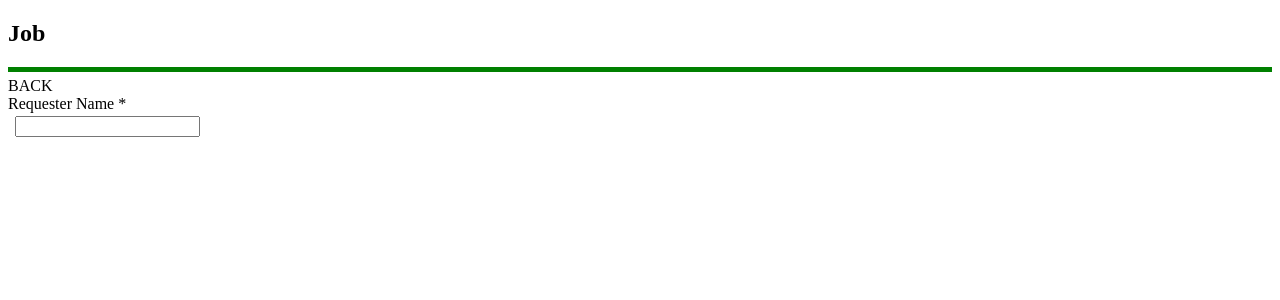
Repository: anvarhaseeb/jobPortalSystem
Page: http://localhost/public_html/JobPost.jsp
These files come from the project's save history. The page is drawn as it stood at one moment and after the next save; the edit follows.
The browser window is 1280 px wide. The pictures show the whole page.
The page is served by Tomcat 9. Other server files are loaded and not shown.

Above is the page before, as saved 2024-01-10 06:42:45.
Console error: ReferenceError: $ is not defined

### JOB/public_html/WEB-INF/classes/struts.xml
<?xml version="1.0" encoding="UTF-8"?>
<!DOCTYPE struts PUBLIC
   "-//Apache Software Foundation//DTD Struts Configuration 2.5//EN"
   "https://struts.apache.org/dtds/struts-2.5.dtd">

<struts>
	<constant value="true" name="struts.devMode" />
	   <constant name="struts.custom.i18n.resources" value="Bundle" />
	<package name="home" extends="struts-default">



		<action name="home" class="com.job.action.JobAction"
			method="home">
			<result name="success">Job.jsp</result>
			<result name="error">error.jsp</result>
		</action>
		<action name="signOut" class="com.job.action.JobAction"
			method="signOut">
			<result name="success">SignOut.jsp</result>
			<result name="error">error.jsp</result>
		</action>

		<action name="searchPage" class="com.job.action.JobAction"
			method="searchPage">
			<result name="success">Search.jsp</result>
			<result name="error">error.jsp</result>
		</action>

		<action name="addPage" class="com.job.action.JobAction"
			method="addPage">
			<result name="success">JobPost.jsp</result>
			<result name="error">error.jsp</result>

		</action>

		<action name="toEditPage" class="com.job.action.JobAction"
			method="editPage">
			<result name="success">JobPost.jsp</result>
			<result name="error">error.jsp</result>
		</action>

		<action name="actionNames" class="com.job.action.JobAction"
			method="action">
			<result name="success">Search.jsp</result>
			<result name="Edit">JobList.jsp</result>
			<result name="error">error.jsp</result>
			<result name="input">JobPost.jsp</result>

		</action>


		<action name="search" class="com.job.action.JobAction"
			method="search">
			<result name="success">JobList.jsp</result>
			<result name="error">error.jsp</result>
		</action>

		<action name="jobDelete" class="com.job.action.JobAction"
			method="jobDelete">
			<result name="success">JobList.jsp</result>
			<result name="error">error.jsp</result>
		</action>

		<action name="viewPages" class="com.job.action.JobAction"
			method="viewPage">
			<result name="success">ViewJob.jsp</result>
			<result name="error">error.jsp</result>
		</action>
		<action name="cancel" class="com.job.action.JobAction"
			method="cancel">
			<result name="success">JobList.jsp</result>
			<result name="error">error.jsp</result>
		</action>



		 <action name="reportDownload" class="com.job.action.JobAction" method="reportDownload">
			<result name="error">error.jsp</result>
			</action>


	</package>
</struts>

### JOB/public_html/JobPost.jsp

<!-- JobPost.jsp :- the jsp add or edit the job details -->

<%@ page language="java" contentType="text/html; charset=UTF-8"
	pageEncoding="UTF-8"%>
<%@ taglib prefix="s" uri="/struts-tags"%>
<!DOCTYPE html>
<html>
<head>
<meta charset="UTF-8">
<style>
.errorMessage {
    font-weight: bold;
    list-style: none;
}

</style>
<script>
$(document).ready(function(){
    var maxCharacters = 2000;

    $("#textArea").on('input', function(){
        var characterCount = $(this).val().length;
        var remainingCharacters = maxCharacters - characterCount;

        $("#textCount").text("Character count: " + characterCount + " / " + maxCharacters);


        if (remainingCharacters < 100) {
            $("#textCount").addClass("text-danger");
        } else {
            $("#textCount").removeClass("text-dange");
        }
    });
});


</script>
</head>
<body>

	<div style="margin-bottom: 5px; border-bottom: 5px solid green;">
		<h2 class="mt-2">
			<s:text name="job"/>
			<s:property value="actionName" />
		</h2>
	</div>
	<s:if test="actionName == 'Add'">
		<a class="btn btn-primary mt-2" onclick="actionAddEdit()"><s:text name="save.button"/> </a>
	</s:if>

	<s:if test="actionName == 'Edit'">
		<a class="btn btn-primary mt-2" onclick="actionAddEdit()"><s:text name="savereturn.button"/></a>
	</s:if>
	<s:if test="actionName == 'Add'">
		<a class="btn btn-danger mt-2" onclick="addPages()"><s:text name="reset.button"/></a>
	</s:if>


	<s:if test="actionName == 'Edit'">
		<a class="btn btn-secondary mt-2" onclick="cancel()"><s:text name="back.button"/></a>
	</s:if>
	<s:else>
		<a class="btn btn-secondary mt-2" onclick="searchPages()"><s:text name="back.button"/></a>
	</s:else>




		<s:form onsubmit="actionAddEdit() ; return false" method="post" class="form-horizontal"
			id="addEditForm">

			 <%--
			     <s:if test="hasActionErrors()">
            <div class="alert alert-danger alert-dismissible fade show mt-2" role="alert">
                <h4><s:text name="Warning"/> !</h4>
                <s:actionerror/>
                <button type="button" class="btn-close" data-bs-dismiss="alert" aria-label="Close"></button>
            </div>
        </s:if>

			<s:if test="actionName == 'Edit'">

				<s:hidden name="jobId" value="%{jobId}" />
			</s:if>

			<s:hidden name="model.actionName" value="%{actionName}" /> --%>

				<div class="row form-group">
					<label class="col-3 col-form-label"><s:text name="req.Name" />
					<span class="text-danger">*</span>
					</label>
					<div class="col-3">
						<s:textfield name="reqName" class="form-control" id="reqName"
							mandatory="true" />
					</div>
				</div>


				<%-- <div class="row">
			<div class="col-6">
					<label  for="category">
					<s:text name="job.Category"/><span class="text-danger">*</span>
					</label>

			</div>
					<div class="col-6">
						<s:select  name="category" headerKey=""
					headerValue="--- choose --- " cssStyle="width:210px; height:80"
					class="form-control" id="category"
					list="#{'Software & IT':'Software & IT', 'Business Development':'Business Development','Customer Service':'Customer Service','Electrical':'Electrical','Human-Resources':'Human-Resources'}" />

					</div>
		</div> --%>

			<%-- <s:textfield key="Company" name="cmpName" class="form-control" />

			<s:textfield key="Website" name="cmpWebsite"
				class="form-control control-label" />

			<s:textfield key="POD" name="postingDate"
				class="form-control" type="date" />

			<s:textfield key="JobTitle" name="jobTitle" class="form-control" />

			<s:select label="Skills" cssStyle="width:210px; height:80" size="6"
					name="skills"  multiple="true" headerKey=""
					headerValue="--- Multi Select ---" class="form-control"
					listKey="skill_id" listValue="skill_name"
					list="model.skillList" />

			<div class="row">
				<div class="col-md-6">
					<s:textfield key="CTCFrom" name="ctcFrom" class="form-control" />
				</div>
				<div class="col-md-6">
					<s:textfield key="CTCTo" name="ctcTo" class="form-control" />
				</div>
			</div>

			<s:radio key="JobType" name="jobType"
				list="#{'Remote':' Remote ', 'Onsite':' On-site '}" />


			<s:textfield key="CompanyEmail" name="cmpEmail"
				class="form-control" />

			<s:select key="JobLevel" name="jobLevel" headerKey=""
				headerValue="--- choose --- " cssStyle="width:210px; height:80"
				class="form-control"
				list="#{'Entry-level':' Entry-level ', 'Mid-level':' Mid-level','Senior-level':'Senior-level'}" />

			<s:textfield key="Experience" name="experience"
				id="experience" class="form-control" />

			<s:textfield key="Location" name="locations" class="form-control" />

			<s:textarea key="JobDescription" name="jobDescription" id="textArea"
				class="form-control" /> --%>




		</s:form>

<div  class="text-secondary" style="margin-left: 180px" id="textCount"></div>




	<script src="https://code.jquery.com/jquery-3.6.4.min.js"></script>

	<script
		src="https://cdnjs.cloudflare.com/ajax/libs/select2/4.0.13/js/select2.min.js"></script>

	<script>
		$(document).ready(function() {
			$('#Skills').select2({
				placeholder : 'Select Skills',
				allowClear : true,
			});
		});
	</script>
</body>
</html>

After the next save:
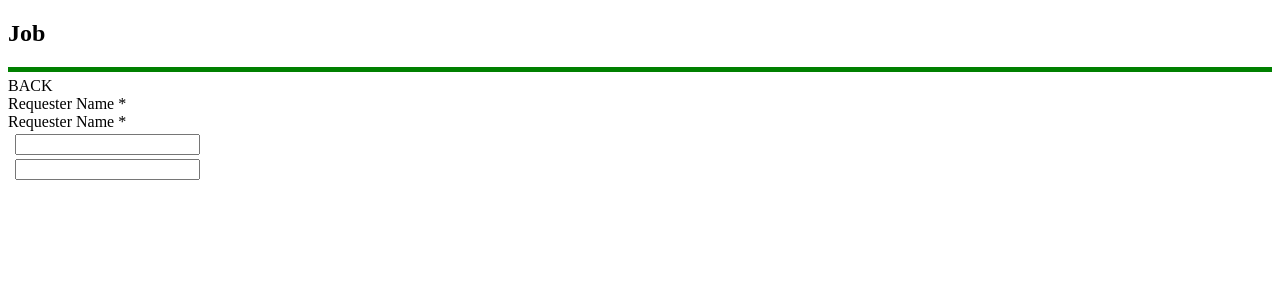
Saved 9 s later.
--- a/JOB/public_html/JobPost.jsp
+++ b/JOB/public_html/JobPost.jsp
@@ -96,7 +96,15 @@ $(document).ready(function(){
 					</div>
 				</div>
 
-
+<div class="row form-group">
+					<label class="col-3 col-form-label"><s:text name="req.Name" />
+					<span class="text-danger">*</span>
+					</label>
+					<div class="col-3">
+						<s:textfield name="reqName" class="form-control" id="reqName"
+							mandatory="true" />
+					</div>
+				</div>
 				<%-- <div class="row">
 			<div class="col-6">
 					<label  for="category">
